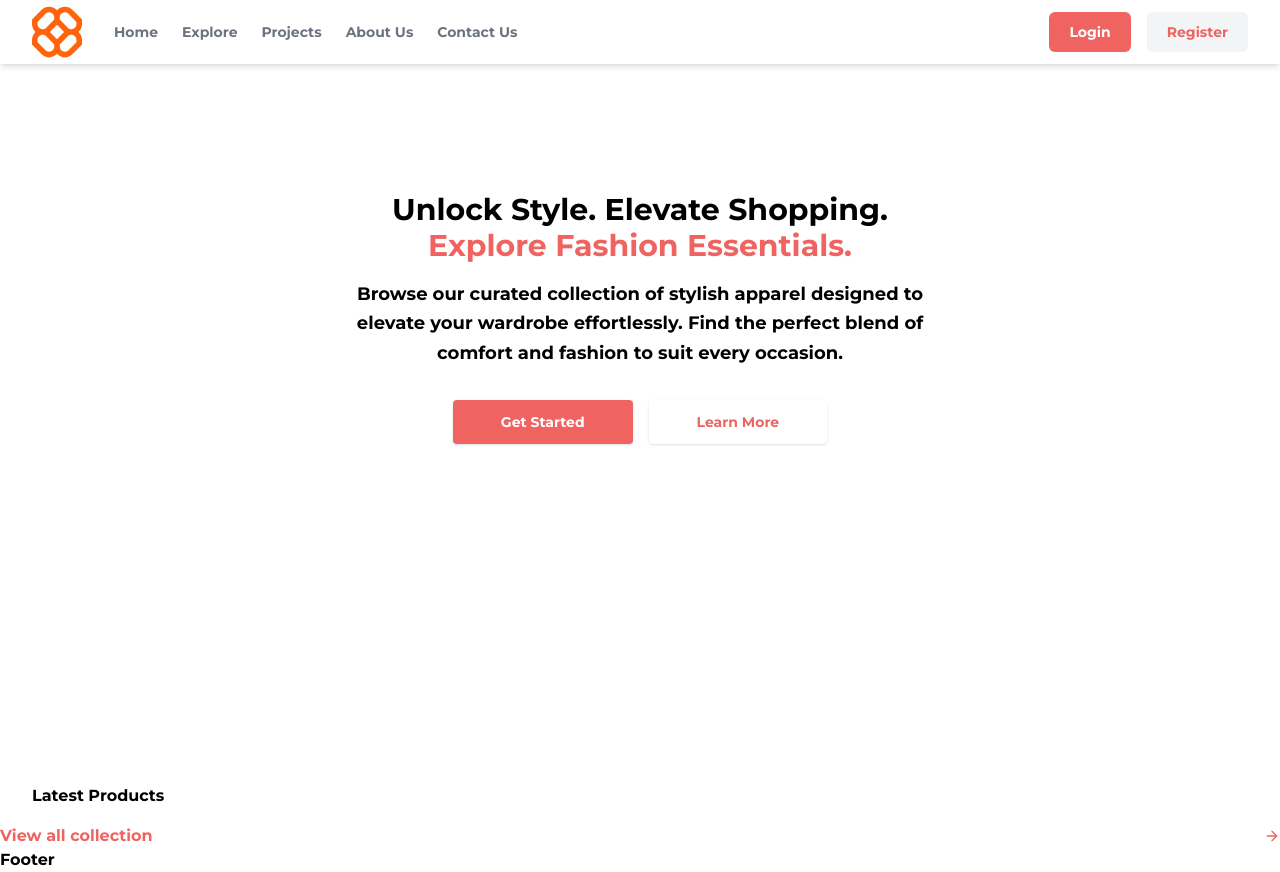
Repository: YahiaSala7/E-commerce-Project
Page: / (app in ecommerce/)
An editor plug-in stored every save of this project. The page is shown before and after the next save, followed by the edit.
The browser window is 1280 px wide. The pictures show the whole page.
The page's requests for data from a server got no answer. The project was rebuilt for these pictures with package versions that can differ from the ones it lists, and the page was loaded fresh each time. The framework's server and built-in components were replaced by stand-ins that run in the browser. No one was signed in, and anything a server would have sent is missing. Also part of the build but not shown: ecommerce/next.config.mjs, ecommerce/app/_Components/ProductItem.jsx.

Above is the page before, as saved 2024-07-26 02:09:24.

### ecommerce/app/layout.js
import { Montserrat } from "next/font/google";
import "./globals.css";
import Header from "./_Components/Header";
import Footer from "./_Components/Footer";

const inter = Montserrat({ subsets: ["latin"], weight: "700" });

export const metadata = {
  title: "Create Next App",
  description: "Generated by create next app",
};

export default function RootLayout({ children }) {
  return (
    <html lang="en">
      <body className={inter.className}>
        <Header />
        {children}
        <Footer />
      </body>
    </html>
  );
}

### ecommerce/app/page.js
import Image from "next/image";
import Hero from "./_Components/Hero";
import ProductsSection from "./_Components/ProductsSection";

export default function Home() {
  return (
    <div className="home">
      <Hero />
      <ProductsSection />
    </div>
  );
}

### ecommerce/app/globals.css
@tailwind base;
@tailwind components;
@tailwind utilities;

:root {
  /* --foreground-rgb: 0, 0, 0; */
  /* --background-start-rgb: 214, 219, 220;
  --background-end-rgb: 255, 255, 255; */
}

@media (prefers-color-scheme: dark) {
  :root {
    /* --foreground-rgb: 0, 0, 0; */
    /* --background-start-rgb: 0, 0, 0;
    --background-end-rgb: 0, 0, 0; */
  }
}

body {
  color: rgb(var(--foreground-rgb));
  background: linear-gradient(
      to bottom,
      transparent,
      rgb(var(--background-end-rgb))
    )
    rgb(var(--background-start-rgb));
}

@layer utilities {
  .text-balance {
    text-wrap: balance;
  }
}

### ecommerce/app/_Components/Header.jsx
import React from "react";
function Header() {
  return (
    <header className="bg-white shadow-md">
      <div className=" flex h-16 max-w-screen-xl items-center gap-8 container mx-auto px-4 sm:px-6 lg:px-8">
        <img src="/logo.svg" width={"50px"} height={"50px"} />

        <div className="flex flex-1 items-center justify-end md:justify-between">
          <nav aria-label="Global" className="hidden md:block">
            <ul className="flex items-center gap-6 text-sm">
              <li>
                <a
                  className="text-gray-500 transition hover:text-gray-500/75"
                  href="#">
                  {" "}
                  Home{" "}
                </a>
              </li>

              <li>
                <a
                  className="text-gray-500 transition hover:text-gray-500/75"
                  href="#">
                  {" "}
                  Explore{" "}
                </a>
              </li>

              <li>
                <a
                  className="text-gray-500 transition hover:text-gray-500/75"
                  href="#">
                  {" "}
                  Projects{" "}
                </a>
              </li>

              <li>
                <a
                  className="text-gray-500 transition hover:text-gray-500/75"
                  href="#">
                  {" "}
                  About Us{" "}
                </a>
              </li>

              <li>
                <a
                  className="text-gray-500 transition hover:text-gray-500/75"
                  href="#">
                  {" "}
                  Contact Us{" "}
                </a>
              </li>
            </ul>
          </nav>

          <div className="flex items-center gap-4">
            <div className="sm:flex sm:gap-4">
              <a
                className="block rounded-md bg-primary px-5 py-2.5 text-sm font-medium text-white transition hover:bg-secondary "
                href="#">
                Login
              </a>

              <a
                className="hidden rounded-md bg-gray-100 px-5 py-2.5 text-sm font-medium text-primary transition hover:text-secondary sm:block"
                href="#">
                Register
              </a>
            </div>

            <button className="block rounded bg-gray-100 p-2.5 text-gray-600 transition hover:text-gray-600/75 md:hidden">
              <span className="sr-only">Toggle menu</span>
              <svg
                xmlns="http://www.w3.org/2000/svg"
                className="h-5 w-5"
                fill="none"
                viewBox="0 0 24 24"
                stroke="currentColor"
                strokeWidth="2">
                <path
                  strokeLinecap="round"
                  strokeLinejoin="round"
                  d="M4 6h16M4 12h16M4 18h16"
                />
              </svg>
            </button>
          </div>
        </div>
      </div>
    </header>
  );
}

export default Header;

### ecommerce/app/_Components/Hero.jsx
import React from "react";

function Hero() {
  return (
    <section className="">
      <div className="mx-auto max-w-screen-xl px-4 py-32 lg:flex lg:h-screen">
        <div className="mx-auto max-w-xl text-center">
          <h1 className="text-2xl font-extrabold sm:text-3xl ">
            Unlock Style. Elevate Shopping.
            <strong className="font-extrabold text-primary sm:block">
              {" "}
              Explore Fashion Essentials.{" "}
            </strong>
          </h1>

          <p className="mt-4 sm:text-[18px]/relaxed">
            Browse our curated collection of stylish apparel designed to elevate
            your wardrobe effortlessly. Find the perfect blend of comfort and
            fashion to suit every occasion.
          </p>

          <div className="mt-8 flex flex-wrap justify-center gap-4">
            <a
              className="block w-full rounded bg-primary px-12 py-3 text-sm font-medium text-white shadow hover:bg-secondary focus:outline-none focus:ring active:bg-red-500 sm:w-auto"
              href="#">
              Get Started
            </a>

            <a
              className="block w-full rounded px-12 py-3 text-sm font-medium text-primary shadow hover:text-secondary focus:outline-none focus:ring active:text-red-500 sm:w-auto"
              href="#">
              Learn More
            </a>
          </div>
        </div>
      </div>
    </section>
  );
}

export default Hero;

### ecommerce/app/_Components/ProductsSection.jsx
import React from "react";
import LatestProducts from "./LatestProducts";
import { ArrowRight } from "lucide-react";

function ProductsSection() {
  return (
    <>
      <div className="latest-products">
        <h2 className="mx-auto px-4 sm:px-6 lg:px-8 pb-4">Latest Products</h2>
        <h4 className="text-primary flex justify-between items-center">
          View all collection <ArrowRight className="w-4 h-4 text-primary" />{" "}
        </h4>
        <LatestProducts />
      </div>
    </>
  );
}

export default ProductsSection;

### ecommerce/app/_Components/LatestProducts.jsx
"use client";
import React, { useEffect, useState } from "react";
import ProdcutApis from "../_utils/ProdcutApis";
import ProductItem from "./ProductItem";

function LatestProducts() {
  const [latestProducts, setLatestProducts] = useState([]);
  useEffect(() => {
    getLatestProducts_();
  }, []);
  const getLatestProducts_ = () => {
    ProdcutApis.getLatestProducts().then((res) => {
      setLatestProducts(res.data.data);
    });
  };

  return (
    <div className="grid grid-cols-2 sm:grid-col-3 md:grid-cols-4 gap-3 mx-auto px-4 sm:px-6 lg:px-8">
      {latestProducts?.map((product) => (
        <ProductItem key={product.id} product={product} />
      ))}
    </div>
  );
}

export default LatestProducts;

### ecommerce/app/_utils/ProdcutApis.js
const { default: dataFetching } = require("./dataFetching");

const getLatestProducts = () => dataFetching.get("/products?populate=*");

export default {
  getLatestProducts,
};

### ecommerce/app/_utils/dataFetching.js
const { default: axios } = require("axios");

const apiKey = process.env.NEXT_PUBLIC_REST_API_KEY;
const baseUrl = "http://localhost:1337/api";

const dataFetching = axios.create({
  baseURL: baseUrl,
  headers: {
    Authorization: `Bearer ${apiKey}`,
  },
});

export default dataFetching;

### ecommerce/tailwind.config.js
/** @type {import('tailwindcss').Config} */
module.exports = {
  content: [
    "./pages/**/*.{js,ts,jsx,tsx,mdx}",
    "./components/**/*.{js,ts,jsx,tsx,mdx}",
    "./app/**/*.{js,ts,jsx,tsx,mdx}",
  ],
  theme: {
    extend: {
      backgroundImage: {
        "gradient-radial": "radial-gradient(var(--tw-gradient-stops))",
        "gradient-conic":
          "conic-gradient(from 180deg at 50% 50%, var(--tw-gradient-stops))",
      },
      colors: {
        primary: "#EF6461",
        secondary: " #B83D3A",
      },
    },
  },
  plugins: [],
};

Loaded but not shown: ecommerce/app/_Components/Footer.jsx (common file)

After the next save:
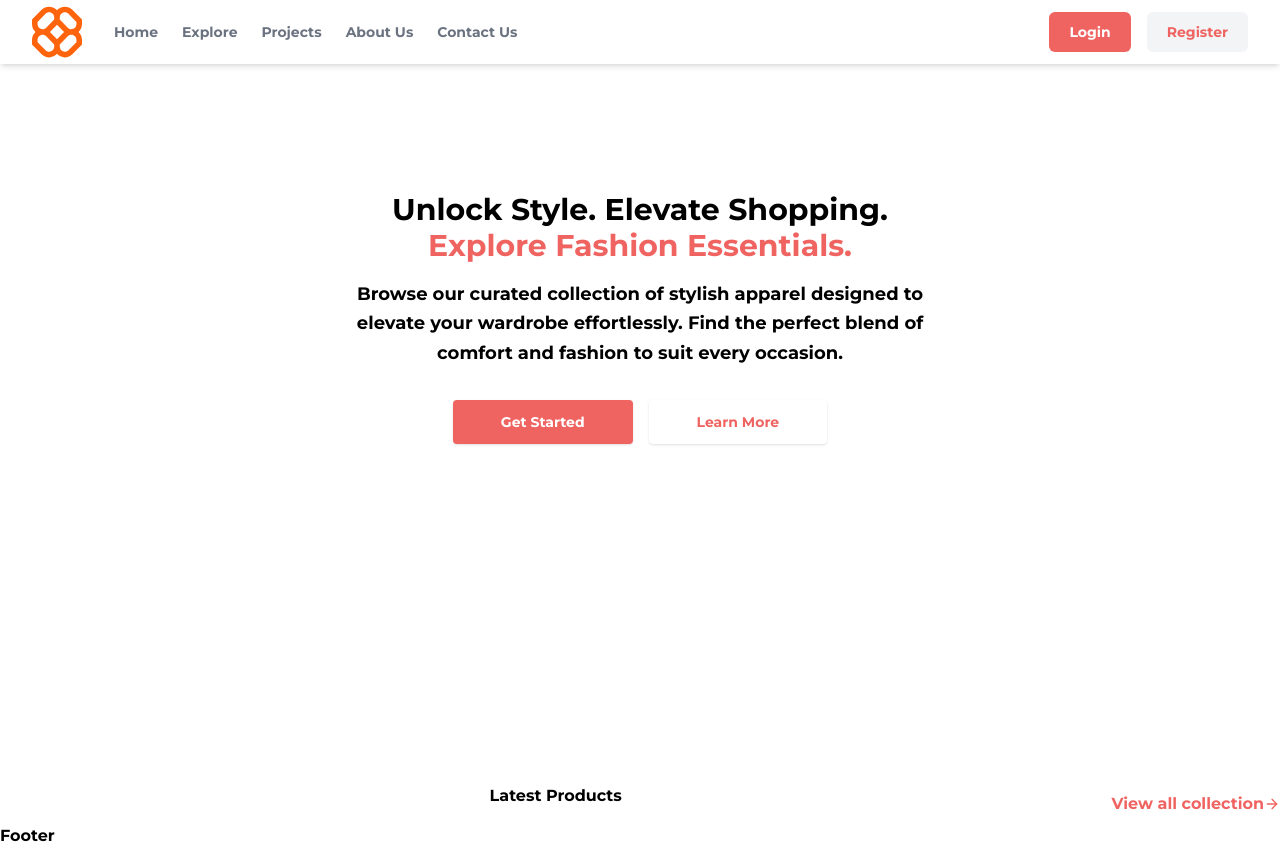
Saved 22 s later.
--- a/ecommerce/app/_Components/ProductsSection.jsx
+++ b/ecommerce/app/_Components/ProductsSection.jsx
@@ -5,13 +5,13 @@ import { ArrowRight } from "lucide-react";
 function ProductsSection() {
   return (
     <>
-      <div className="latest-products">
+      <div className="latest-products flex justify-between items-center">
         <h2 className="mx-auto px-4 sm:px-6 lg:px-8 pb-4">Latest Products</h2>
         <h4 className="text-primary flex justify-between items-center">
           View all collection <ArrowRight className="w-4 h-4 text-primary" />{" "}
         </h4>
-        <LatestProducts />
       </div>
+      <LatestProducts />
     </>
   );
 }
